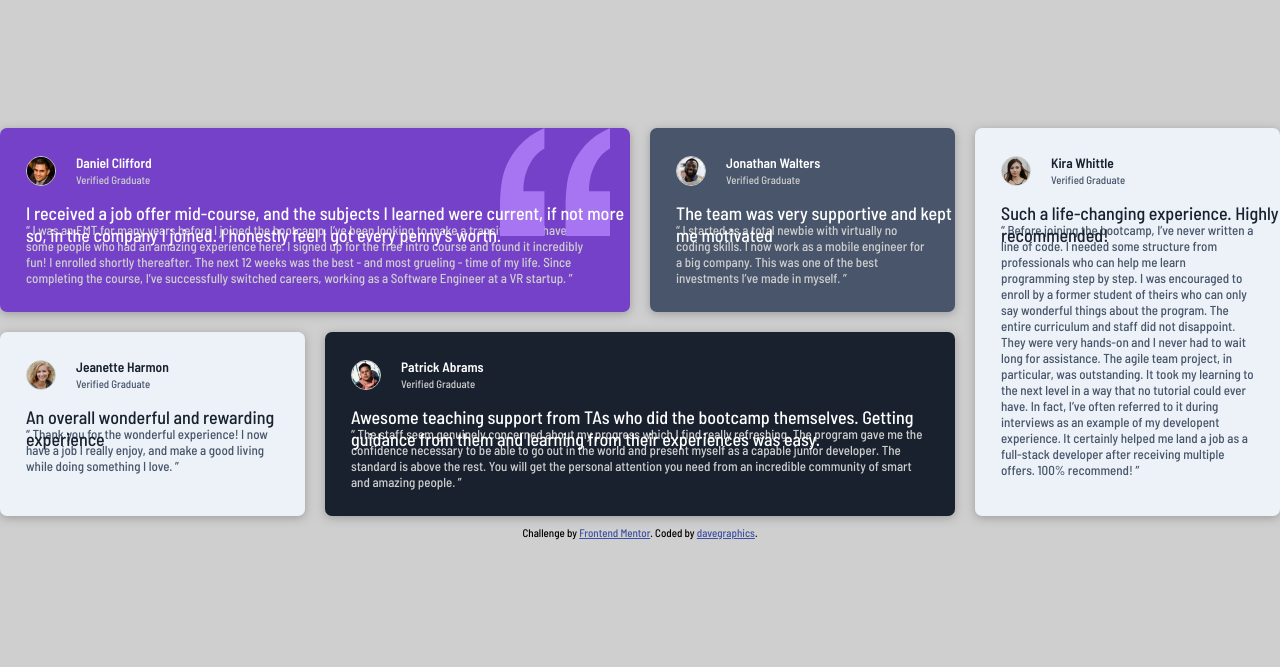
Repository: DejV44/testimonials_grid_section_main
Page: index.html
An editor plug-in stored every save of this project. The page is shown before and after the next save, followed by the edit.
The browser window is 1280 px wide. The pictures show the whole page.
The style sheet was rebuilt from its Sass, Less or Tailwind sources for each picture, by a compiler version that may differ from the author's.

Above is the page before, as saved 2021-07-15 21:20:39.

After the next save:
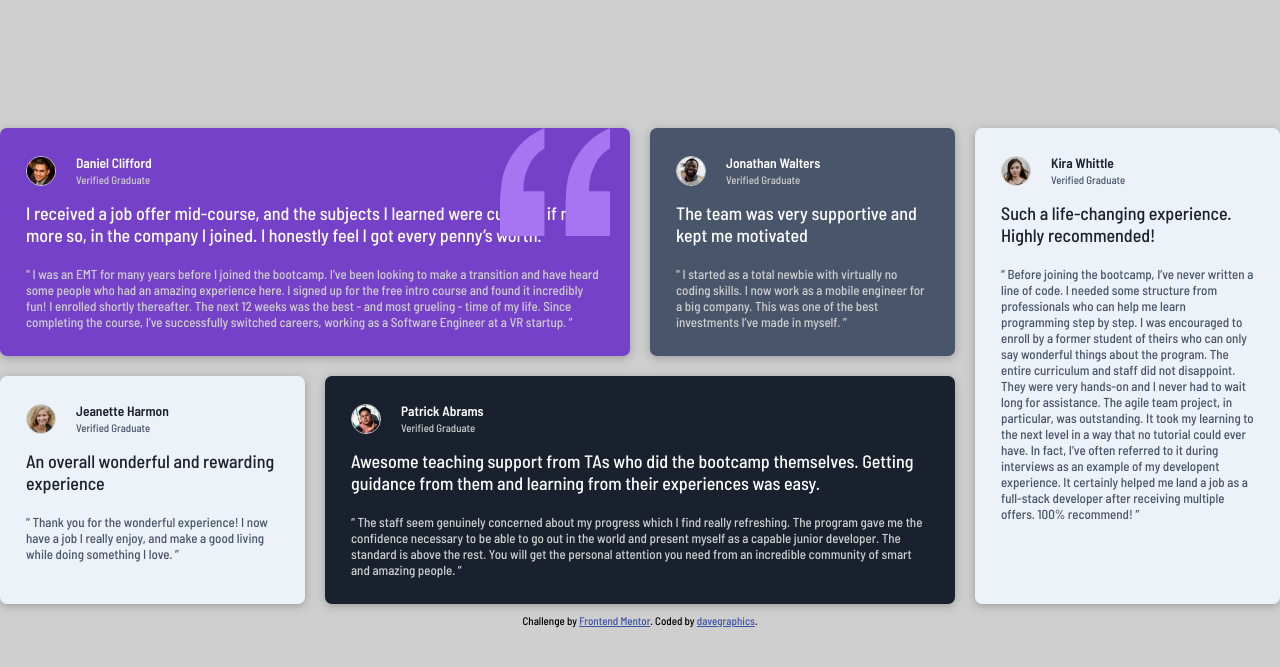
Saved 39 s later.
--- a/css/style.scss
+++ b/css/style.scss
@@ -37,7 +37,7 @@ body {
             right: 20px;
             top: 0px;
             width: 110px;
-            z-index: 1;
+
 
 
         }
@@ -115,8 +115,6 @@ body {
         padding-top: 20px;
       }
       p {
-        position: absolute;
-          z-index: 2;
         color: $White;
         font-size: 18px;
       }
